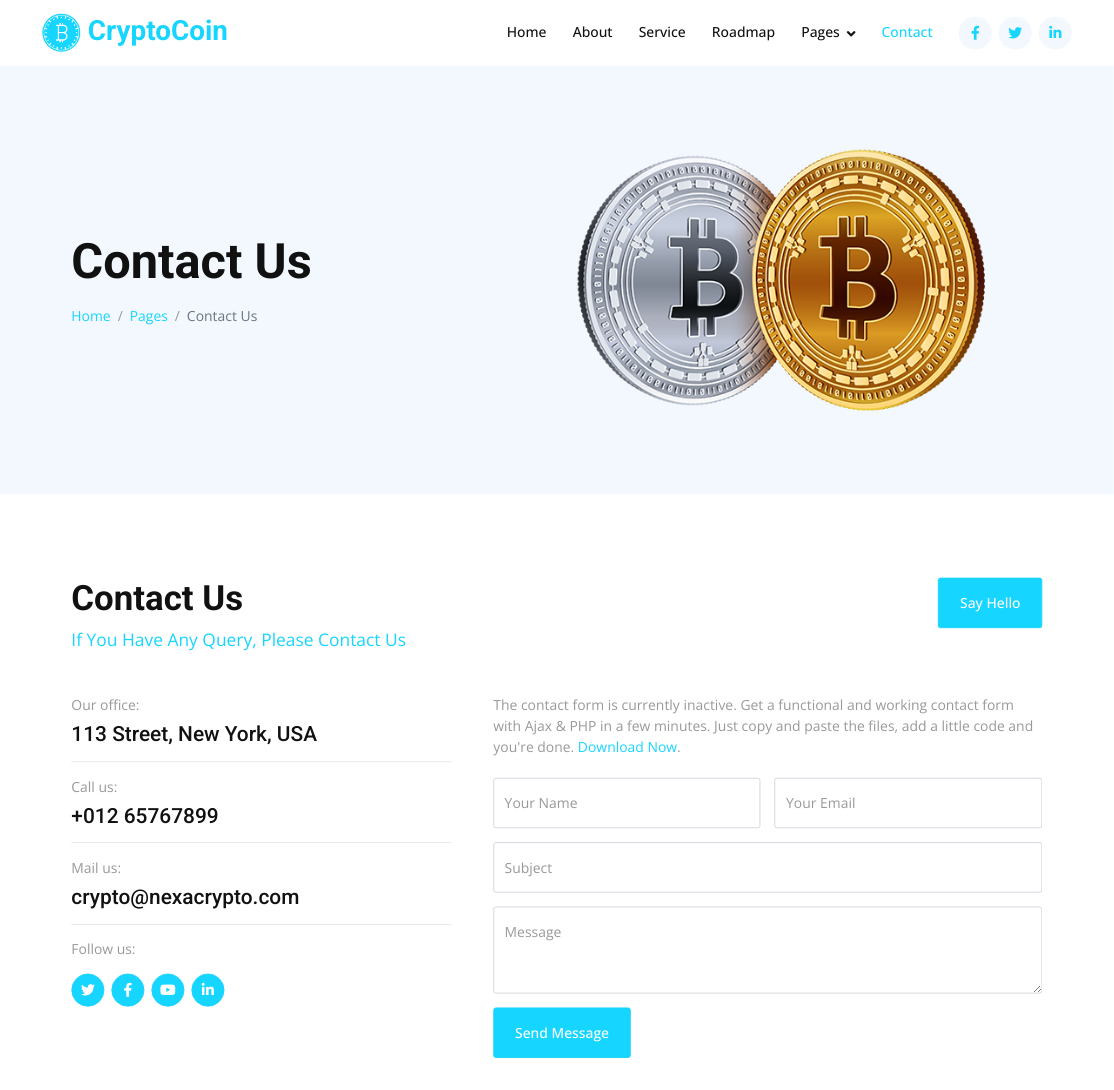
Repository: meenadabhii/nexacrypto
Page: contact.html
These files come from the project's save history. The page is drawn as it stood at one moment and after the next save; the edit follows.
The browser window is 1280 px wide. The pictures show the part of the page from y = 0 to 1253 px (the page is 2464 px tall before and 2405 px after), at 87% of full size.
Pictures or frames that could not be fetched are drawn as grey boxes. Some web libraries are served in a nearby version.

Above is the page before, as saved 2025-03-21 17:15:34.

### contact.html
<!DOCTYPE html>
<html lang="en">

<head>
    <meta charset="utf-8">
    <title>nexacrypto</title>
    <meta content="width=device-width, initial-scale=1.0" name="viewport">
    <meta content="" name="keywords">
    <meta content="" name="description">

    <!-- Favicon -->
    <link href="img/favicon.ico" rel="icon">

    <!-- Google Web Fonts -->
    <link rel="preconnect" href="https://fonts.googleapis.com">
    <link rel="preconnect" href="https://fonts.gstatic.com" crossorigin>
    <link href="https://fonts.googleapis.com/css2?family=Open+Sans:wght@400;500&family=Roboto:wght@500;700&display=swap" rel="stylesheet">

    <!-- Icon Font Stylesheet -->
    <link href="https://cdnjs.cloudflare.com/ajax/libs/font-awesome/5.10.0/css/all.min.css" rel="stylesheet">
    <link href="https://cdn.jsdelivr.net/npm/bootstrap-icons@1.4.1/font/bootstrap-icons.css" rel="stylesheet">

    <!-- Libraries Stylesheet -->
    <link href="lib/animate/animate.min.css" rel="stylesheet">
    <link href="lib/owlcarousel/assets/owl.carousel.min.css" rel="stylesheet">

    <!-- Customized Bootstrap Stylesheet -->
    <link href="css/bootstrap.min.css" rel="stylesheet">

    <!-- Template Stylesheet -->
    <link href="css/style.css" rel="stylesheet">
</head>

<body>
    <!-- Spinner Start -->
    <div id="spinner" class="show bg-white position-fixed translate-middle w-100 vh-100 top-50 start-50 d-flex align-items-center justify-content-center">
        <div class="spinner-grow text-primary" role="status"></div>
    </div>
    <!-- Spinner End -->


    <!-- Navbar Start -->
    <nav class="navbar navbar-expand-lg bg-white navbar-light sticky-top p-0 px-4 px-lg-5">
        <a href="index.html" class="navbar-brand d-flex align-items-center">
            <h2 class="m-0 text-primary"><img class="img-fluid me-2" src="img/icon-1.png" alt="" style="width: 45px;">CryptoCoin</h2>
        </a>
        <button type="button" class="navbar-toggler" data-bs-toggle="collapse" data-bs-target="#navbarCollapse">
            <span class="navbar-toggler-icon"></span>
        </button>
        <div class="collapse navbar-collapse" id="navbarCollapse">
            <div class="navbar-nav ms-auto py-4 py-lg-0">
                <a href="index.html" class="nav-item nav-link">Home</a>
                <a href="about.html" class="nav-item nav-link">About</a>
                <a href="service.html" class="nav-item nav-link">Service</a>
                <a href="roadmap.html" class="nav-item nav-link">Roadmap</a>
                <div class="nav-item dropdown">
                    <a href="#" class="nav-link dropdown-toggle" data-bs-toggle="dropdown">Pages</a>
                    <div class="dropdown-menu shadow-sm m-0">
                        <a href="feature.html" class="dropdown-item">Feature</a>
                        <a href="token.html" class="dropdown-item">Token Sale</a>
                        <a href="faq.html" class="dropdown-item">FAQs</a>
                        <a href="404.html" class="dropdown-item">404 Page</a>
                    </div>
                </div>
                <a href="contact.html" class="nav-item nav-link active">Contact</a>
            </div>
            <div class="h-100 d-lg-inline-flex align-items-center d-none">
                <a class="btn btn-square rounded-circle bg-light text-primary me-2" href=""><i class="fab fa-facebook-f"></i></a>
                <a class="btn btn-square rounded-circle bg-light text-primary me-2" href=""><i class="fab fa-twitter"></i></a>
                <a class="btn btn-square rounded-circle bg-light text-primary me-0" href=""><i class="fab fa-linkedin-in"></i></a>
            </div>
        </div>
    </nav>
    <!-- Navbar End -->


    <!-- Header Start -->
    <div class="container-fluid hero-header bg-light py-5 mb-5">
        <div class="container py-5">
            <div class="row g-5 align-items-center">
                <div class="col-lg-6">
                    <h1 class="display-4 mb-3 animated slideInDown">Contact Us</h1>
                    <nav aria-label="breadcrumb animated slideInDown">
                        <ol class="breadcrumb mb-0">
                            <li class="breadcrumb-item"><a href="#">Home</a></li>
                            <li class="breadcrumb-item"><a href="#">Pages</a></li>
                            <li class="breadcrumb-item active" aria-current="page">Contact Us</li>
                        </ol>
                    </nav>
                </div>
                <div class="col-lg-6 animated fadeIn">
                    <img class="img-fluid animated pulse infinite" style="animation-duration: 3s;" src="img/hero-2.png" alt="">
                </div>
            </div>
        </div>
    </div>
    <!-- Header End -->


    <!-- Contact Start -->
    <div class="container-xxl py-5">
        <div class="container">
            <div class="row g-5 mb-5 wow fadeInUp" data-wow-delay="0.1s">
                <div class="col-lg-6">
                    <h1 class="display-6">Contact Us</h1>
                    <p class="text-primary fs-5 mb-0">If You Have Any Query, Please Contact Us</p>
                </div>
                <div class="col-lg-6 text-lg-end">
                    <a class="btn btn-primary py-3 px-4" href="">Say Hello</a>
                </div>
            </div>
            <div class="row g-5">
                <div class="col-lg-5 col-md-6 wow fadeInUp" data-wow-delay="0.1s">
                    <p class="mb-2">Our office:</p>
                    <h4>113 Street, New York, USA</h4>
                    <hr class="w-100">
                    <p class="mb-2">Call us:</p>
                    <h4>+012 65767899</h4>
                    <hr class="w-100">
                    <p class="mb-2">Mail us:</p>
                    <h4>crypto@nexacrypto.com</h4>
                    <hr class="w-100">
                    <p class="mb-2">Follow us:</p>
                    <div class="d-flex pt-2">
                        <a class="btn btn-square btn-primary rounded-circle me-2" href=""><i class="fab fa-twitter"></i></a>
                        <a class="btn btn-square btn-primary rounded-circle me-2" href=""><i class="fab fa-facebook-f"></i></a>
                        <a class="btn btn-square btn-primary rounded-circle me-2" href=""><i class="fab fa-youtube"></i></a>
                        <a class="btn btn-square btn-primary rounded-circle me-2" href=""><i class="fab fa-linkedin-in"></i></a>
                    </div>
                </div>
                <div class="col-lg-7 col-md-6 wow fadeInUp" data-wow-delay="0.5s">
                    <p class="mb-4">The contact form is currently inactive. Get a functional and working contact form with Ajax & PHP in a few minutes. Just copy and paste the files, add a little code and you're done. <a href="https://htmlcodex.com/contact-form">Download Now</a>.</p>
                    <form>
                        <div class="row g-3">
                            <div class="col-md-6">
                                <div class="form-floating">
                                    <input type="text" class="form-control" id="name" placeholder="Your Name">
                                    <label for="name">Your Name</label>
                                </div>
                            </div>
                            <div class="col-md-6">
                                <div class="form-floating">
                                    <input type="email" class="form-control" id="email" placeholder="Your Email">
                                    <label for="email">Your Email</label>
                                </div>
                            </div>
                            <div class="col-12">
                                <div class="form-floating">
                                    <input type="text" class="form-control" id="subject" placeholder="Subject">
                                    <label for="subject">Subject</label>
                                </div>
                            </div>
                            <div class="col-12">
                                <div class="form-floating">
                                    <textarea class="form-control" placeholder="Leave a message here" id="message" style="height: 100px"></textarea>
                                    <label for="message">Message</label>
                                </div>
                            </div>
                            <div class="col-12">
                                <button class="btn btn-primary py-3 px-4" type="submit">Send Message</button>
                            </div>
                        </div>
                    </form>
                </div>
            </div>
        </div>
    </div>
    <!-- Contact End -->


    <!-- Google Map Start -->
    <div class="container-xxl py-5 px-0 wow fadeInUp" data-wow-delay="0.1s">
        <iframe class="w-100 mb-n2" style="height: 450px;"
            src="https://www.google.com/maps/embed?pb=!1m18!1m12!1m3!1d3001156.4288297426!2d-78.01371936852176!3d42.72876761954724!2m3!1f0!2f0!3f0!3m2!1i1024!2i768!4f13.1!3m3!1m2!1s0x4ccc4bf0f123a5a9%3A0xddcfc6c1de189567!2sNew%20York%2C%20USA!5e0!3m2!1sen!2sbd!4v1603794290143!5m2!1sen!2sbd"
            frameborder="0" allowfullscreen="" aria-hidden="false" tabindex="0"></iframe>
    </div>
    <!-- Google Map End -->


    <!-- Footer Start -->
    <div class="container-fluid bg-light footer mt-5 pt-5 wow fadeIn" data-wow-delay="0.1s">
        <div class="container py-5">
            <div class="row g-5">
                <div class="col-md-6">
                    <h1 class="text-primary mb-4"><img class="img-fluid me-2" src="img/icon-1.png" alt="" style="width: 45px;">CryptoCoin</h1>
                    <span>CryptoCoin is a digital currency designed to facilitate secure and decentralized transactions using blockchain technology. It eliminates the need for intermediaries, providing faster and more cost-effective transactions.</span>
                </div>
                <div class="col-md-6">
                </div>
                <div class="col-lg-3 col-md-6">
                    <h5 class="mb-4">Get In Touch</h5>
                    <p><i class="fa fa-map-marker-alt me-3"></i>121 Street, New York, USA</p>
                    <p><i class="fa fa-phone-alt me-3"></i></p>
                    <p><i class="fa fa-envelope me-3"></i>crypto@nexacrypto.com</p>
                </div>
                <div class="col-lg-3 col-md-6">
                    <h5 class="mb-4">Our Services</h5>
                    <a class="btn btn-link" href="">Currency Wallet</a>
                    <a class="btn btn-link" href="">Currency Transaction</a>
                    <a class="btn btn-link" href="">Bitcoin Investment</a>
                    <a class="btn btn-link" href="">Token Sale</a>
                </div>
                <div class="col-lg-3 col-md-6">
                    <h5 class="mb-4">Quick Links</h5>
                    <a class="btn btn-link" href="">About Us</a>
                    <a class="btn btn-link" href="">Contact Us</a>
                    <a class="btn btn-link" href="">Our Services</a>
                    <a class="btn btn-link" href="">Terms & Condition</a>
                </div>
                <div class="col-lg-3 col-md-6">
                    <h5 class="mb-4">Follow Us</h5>
                    <div class="d-flex">
                        <a class="btn btn-square rounded-circle me-1" href=""><i class="fab fa-twitter"></i></a>
                        <a class="btn btn-square rounded-circle me-1" href=""><i class="fab fa-facebook-f"></i></a>
                        <a class="btn btn-square rounded-circle me-1" href=""><i class="fab fa-youtube"></i></a>
                        <a class="btn btn-square rounded-circle me-1" href=""><i class="fab fa-linkedin-in"></i></a>
                    </div>
                </div>
            </div>
        </div>
        <div class="container-fluid copyright">
            <div class="container">
                <div class="row">
                    <div class="col-md-6 text-center text-md-start mb-3 mb-md-0">
                        &copy; <a href="#">nexacrypto</a>, All Right Reserved.
                    </div>

                </div>
            </div>
        </div>
    </div>
    <!-- Footer End -->


    <!-- Back to Top -->
    <a href="#" class="btn btn-lg btn-primary btn-lg-square rounded-circle back-to-top"><i class="bi bi-arrow-up"></i></a>


    <!-- JavaScript Libraries -->
    <script src="https://code.jquery.com/jquery-3.4.1.min.js"></script>
    <script src="https://cdn.jsdelivr.net/npm/bootstrap@5.0.0/dist/js/bootstrap.bundle.min.js"></script>
    <script src="lib/wow/wow.min.js"></script>
    <script src="lib/easing/easing.min.js"></script>
    <script src="lib/waypoints/waypoints.min.js"></script>
    <script src="lib/owlcarousel/owl.carousel.min.js"></script>
    <script src="lib/counterup/counterup.min.js"></script>

    <!-- Template Javascript -->
    <script src="js/main.js"></script>
</body>

</html>

### css/style.css
/********** Template CSS **********/
:root {
    --primary: #16D5FF;
    --secondary: #999999;
    --light: #F2F8FE;
    --dark: #111111;
}

.back-to-top {
    position: fixed;
    display: none;
    right: 30px;
    bottom: 60px;
    z-index: 99;
}

h4,
h5,
h6,
.h4,
.h5,
.h6 {
    font-weight: 500 !important;
}


/*** Spinner ***/
#spinner {
    opacity: 0;
    visibility: hidden;
    transition: opacity .5s ease-out, visibility 0s linear .5s;
    z-index: 99999;
}

#spinner.show {
    transition: opacity .5s ease-out, visibility 0s linear 0s;
    visibility: visible;
    opacity: 1;
}


/*** Button ***/
.btn {
    font-weight: 500;
    transition: .5s;
}

.btn.btn-primary {
    color: #FFFFFF;
}

.btn-square {
    width: 38px;
    height: 38px;
}

.btn-sm-square {
    width: 32px;
    height: 32px;
}

.btn-lg-square {
    width: 48px;
    height: 48px;
}

.btn-square,
.btn-sm-square,
.btn-lg-square {
    padding: 0;
    display: flex;
    align-items: center;
    justify-content: center;
    font-weight: normal;
}


/*** Navbar ***/
.navbar.sticky-top {
    top: -100px;
    transition: .5s;
}

.navbar .navbar-brand {
    height: 75px;
}

.navbar .navbar-nav .nav-link {
    margin-right: 30px;
    padding: 25px 0;
    color: var(--dark);
    font-weight: 500;
    outline: none;
}

.navbar .navbar-nav .nav-link:hover,
.navbar .navbar-nav .nav-link.active {
    color: var(--primary);
}

.navbar .dropdown-toggle::after {
    border: none;
    content: "\f107";
    font-family: "Font Awesome 5 Free";
    font-weight: 900;
    vertical-align: middle;
    margin-left: 8px;
}

@media (max-width: 991.98px) {
    .navbar .navbar-nav .nav-link  {
        margin-right: 0;
        padding: 10px 0;
    }

    .navbar .navbar-nav {
        border-top: 1px solid #EEEEEE;
    }
}

@media (min-width: 992px) {
    .navbar .nav-item .dropdown-menu {
        display: block;
        border: none;
        margin-top: 0;
        top: 150%;
        opacity: 0;
        visibility: hidden;
        transition: .5s;
    }

    .navbar .nav-item:hover .dropdown-menu {
        top: 100%;
        visibility: visible;
        transition: .5s;
        opacity: 1;
    }
}

.navbar .btn:hover {
    color: #FFFFFF !important;
    background: var(--primary) !important;
}


/*** Header ***/
.hero-header .breadcrumb-item+.breadcrumb-item::before {
    color: var(--secondary);
}


/*** Service ***/
.service-item {
    position: relative;
    overflow: hidden;
}

.service-item::after {
    position: absolute;
    content: "";
    width: 0;
    height: 0;
    top: -80px;
    right: -80px;
    border: 80px solid;
    transform: rotate(45deg);
    opacity: 1;
    transition: .5s;
}

.service-item.bg-white::after {
    border-color: transparent transparent var(--light) transparent;
}

.service-item.bg-light::after {
    border-color: transparent transparent #FFFFFF transparent;
}

.service-item:hover::after {
    opacity: 0;
}


/*** Roadmap ***/
.roadmap-carousel {
    position: relative;
}

.roadmap-carousel::before {
    position: absolute;
    content: "";
    height: 0;
    width: 100%;
    top: 20px;
    left: 0;
    border-top: 2px dashed var(--secondary);
}

.roadmap-carousel .roadmap-item .roadmap-point {
    position: absolute;
    width: 30px;
    height: 30px;
    top: 6px;
    left: 50%;
    margin-left: -15px;
    background: #FFFFFF;
    border: 2px solid var(--primary);
    transform: rotate(45deg);
    display: flex;
    align-items: center;
    justify-content: center;
}

.roadmap-carousel .roadmap-item .roadmap-point span {
    display: block;
    width: 18px;
    height: 18px;
    background: var(--primary);
}

.roadmap-carousel .roadmap-item {
    position: relative;
    padding-top: 150px;
    text-align: center;
}

.roadmap-carousel .roadmap-item::before {
    position: absolute;
    content: "";
    width: 0;
    height: 115px;
    top: 0;
    left: 50%;
    transform: translateX(-50%);
    border-right: 2px dashed var(--secondary);
}

.roadmap-carousel .roadmap-item::after {
    position: absolute;
    content: "";
    width: 14px;
    height: 14px;
    top: 111px;
    left: 50%;
    margin-left: -7px;
    transform: rotate(45deg);
    background: var(--primary);
}

.roadmap-carousel .owl-nav {
    margin-top: 40px;
    display: flex;
    justify-content: center;
}

.roadmap-carousel .owl-nav .owl-prev,
.roadmap-carousel .owl-nav .owl-next {
    margin: 0 12px;
    width: 50px;
    height: 50px;
    display: flex;
    align-items: center;
    justify-content: center;
    border-radius: 50px;
    font-size: 22px;
    color: var(--light);
    background: var(--primary);
    transition: .5s;
}

.roadmap-carousel .owl-nav .owl-prev:hover,
.roadmap-carousel .owl-nav .owl-next:hover {
    color: var(--primary);
    background: var(--dark);
}


/*** FAQs ***/
.accordion .accordion-item {
    border: none;
    margin-bottom: 15px;
}

.accordion .accordion-button {
    background: var(--light);
    border-radius: 2px;
}

.accordion .accordion-button:not(.collapsed) {
    color: #FFFFFF;
    background: var(--primary);
    box-shadow: none;
}

.accordion .accordion-button:not(.collapsed)::after {
    background-image: url("data:[embedded picture, 261 characters]");
}

.accordion .accordion-body {
    padding: 15px 0 0 0;
}


/*** Footer ***/
.footer .btn.btn-link {
    display: block;
    margin-bottom: 5px;
    padding: 0;
    text-align: left;
    color: var(--secondary);
    font-weight: normal;
    text-transform: capitalize;
    transition: .3s;
}

.footer .btn.btn-link::before {
    position: relative;
    content: "\f105";
    font-family: "Font Awesome 5 Free";
    font-weight: 900;
    color: var(--secondary);
    margin-right: 10px;
}

.footer .btn.btn-link:hover {
    color: var(--primary);
    letter-spacing: 1px;
    box-shadow: none;
}

.footer .btn.btn-square {
    color: var(--primary);
    border: 1px solid var(--primary);
}

.footer .btn.btn-square:hover {
    color: #FFFFFF;
    background: var(--primary);
}

.footer .copyright {
    padding: 25px 0;
    border-top: 1px solid rgba(17, 17, 17, .1);
}

.footer .copyright a {
    color: var(--primary);
}

.footer .copyright a:hover {
    color: var(--dark);
}

### js/main.js
(function ($) {
    "use strict";

    // Spinner
    var spinner = function () {
        setTimeout(function () {
            if ($('#spinner').length > 0) {
                $('#spinner').removeClass('show');
            }
        }, 1);
    };
    spinner();


    // Initiate the wowjs
    new WOW().init();


    // Sticky Navbar
    $(window).scroll(function () {
        if ($(this).scrollTop() > 300) {
            $('.sticky-top').addClass('shadow-sm').css('top', '0px');
        } else {
            $('.sticky-top').removeClass('shadow-sm').css('top', '-100px');
        }
    });


    // Back to top button
    $(window).scroll(function () {
        if ($(this).scrollTop() > 300) {
            $('.back-to-top').fadeIn('slow');
        } else {
            $('.back-to-top').fadeOut('slow');
        }
    });
    $('.back-to-top').click(function () {
        $('html, body').animate({scrollTop: 0}, 1500, 'easeInOutExpo');
        return false;
    });


    // Facts counter
    $('[data-toggle="counter-up"]').counterUp({
        delay: 10,
        time: 2000
    });


    // Roadmap carousel
    $(".roadmap-carousel").owlCarousel({
        autoplay: true,
        smartSpeed: 1000,
        margin: 25,
        loop: true,
        dots: false,
        nav: true,
        navText : [
            '<i class="bi bi-chevron-left"></i>',
            '<i class="bi bi-chevron-right"></i>'
        ],
        responsive: {
            0:{
                items:1
            },
            576:{
                items:2
            },
            768:{
                items:3
            },
            992:{
                items:4
            },
            1200:{
                items:5
            }
        }
    });


    // Testimonials carousel
    $(".testimonial-carousel").owlCarousel({
        autoplay: true,
        smartSpeed: 1000,
        margin: 25,
        loop: true,
        center: true,
        dots: false,
        nav: true,
        navText : [
            '<i class="bi bi-chevron-left"></i>',
            '<i class="bi bi-chevron-right"></i>'
        ],
        responsive: {
            0:{
                items:1
            },
            768:{
                items:2
            },
            992:{
                items:3
            }
        }
    });


})(jQuery);

Loaded but not shown: lib/animate/animate.min.css (library); lib/owlcarousel/assets/owl.carousel.min.css (common file); css/bootstrap.min.css (library); lib/wow/wow.min.js (library); lib/easing/easing.min.js (common file); lib/waypoints/waypoints.min.js (library); lib/owlcarousel/owl.carousel.min.js (library); lib/counterup/counterup.min.js (common file)

After the next save:
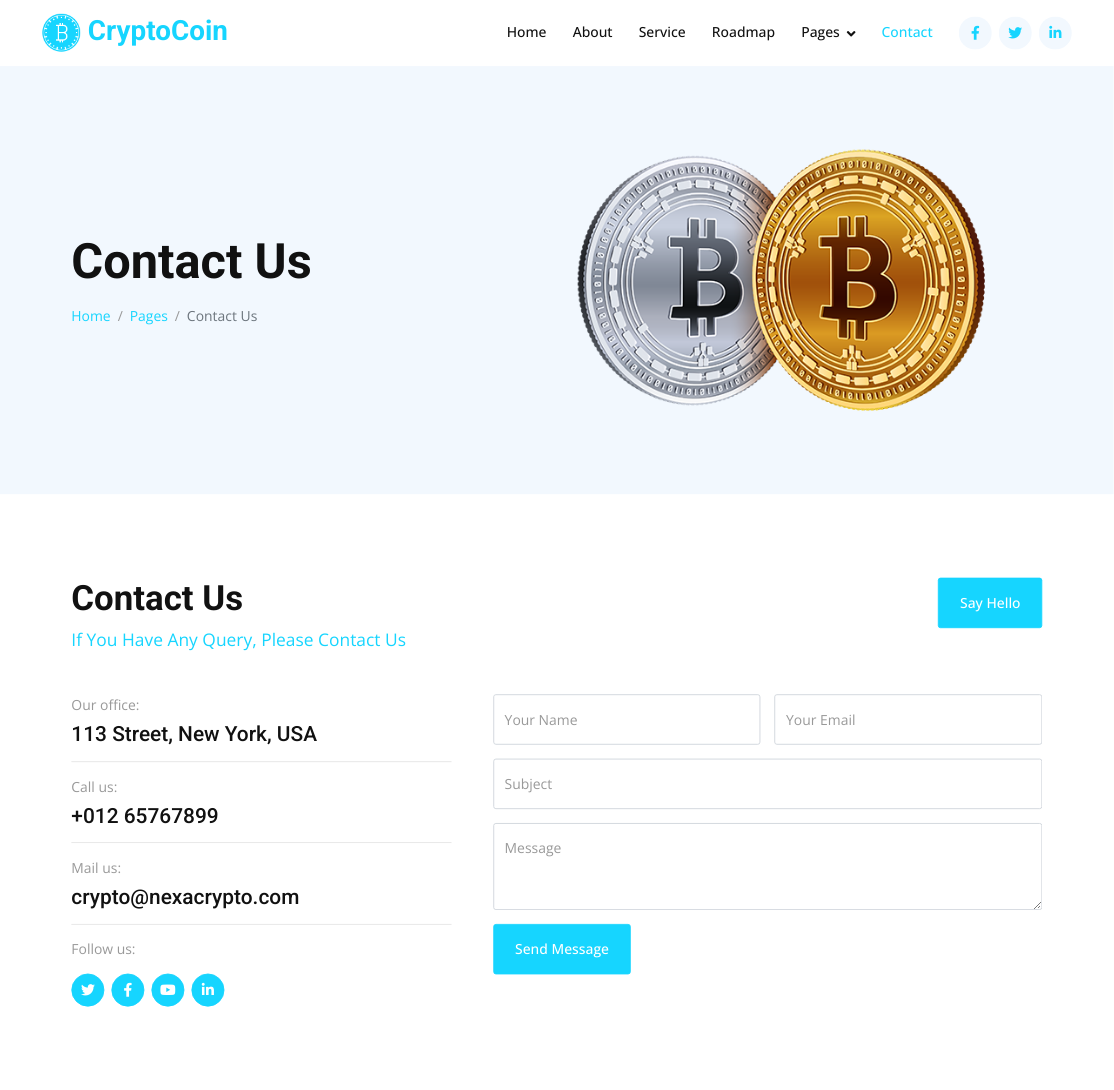
Saved 33 s later.
--- a/contact.html
+++ b/contact.html
@@ -129,7 +129,6 @@
                     </div>
                 </div>
                 <div class="col-lg-7 col-md-6 wow fadeInUp" data-wow-delay="0.5s">
-                    <p class="mb-4">The contact form is currently inactive. Get a functional and working contact form with Ajax & PHP in a few minutes. Just copy and paste the files, add a little code and you're done. <a href="https://htmlcodex.com/contact-form">Download Now</a>.</p>
                     <form>
                         <div class="row g-3">
                             <div class="col-md-6">
